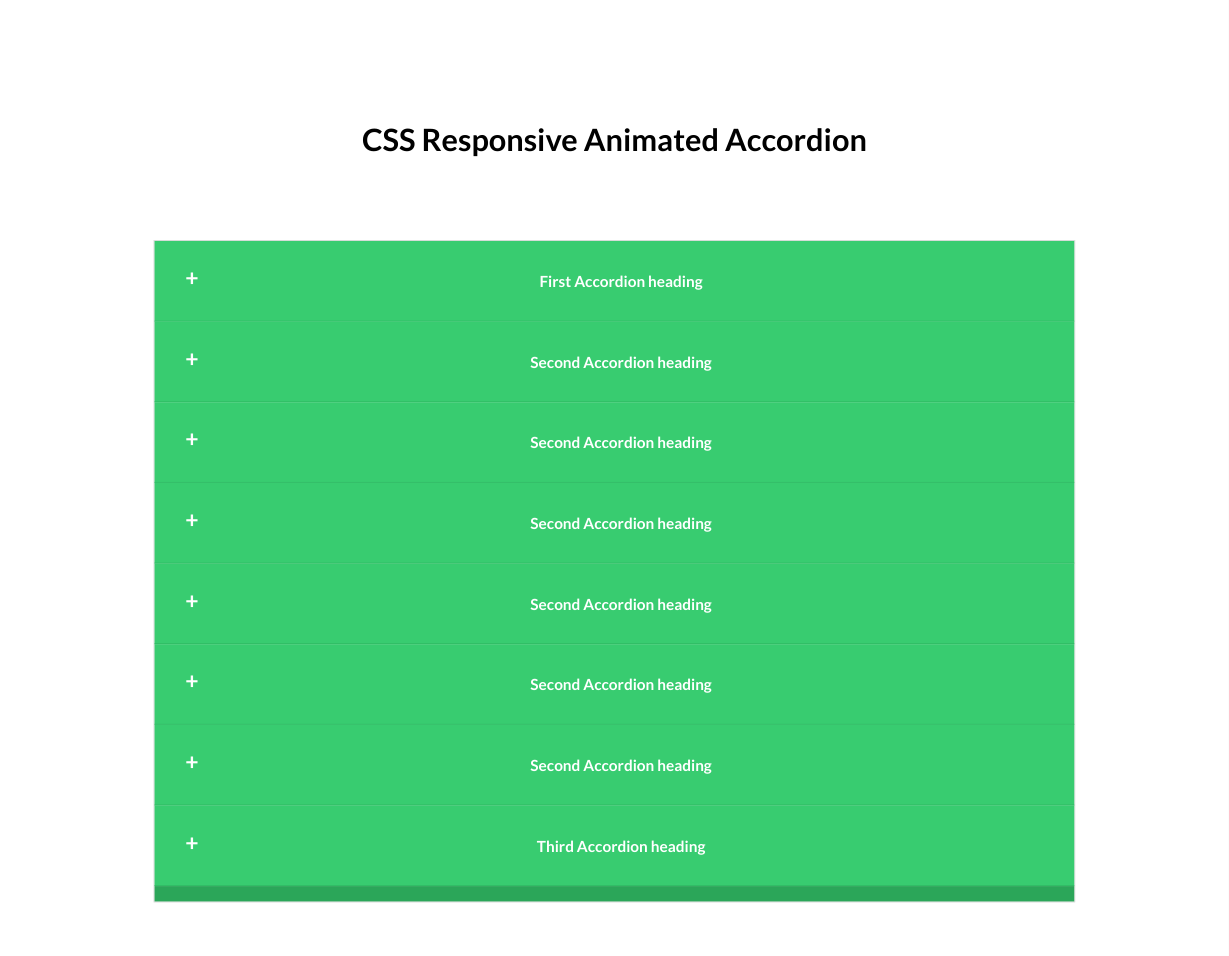
Repository: Imprasna/personalperform
Page: index.html
An editor plug-in stored every save of this project. The page is shown before and after the next save, followed by the edit.
The browser window is 1280 px wide. The pictures show the whole page, at 96% of full size.
The style sheet was rebuilt from its Sass, Less or Tailwind sources for each picture, by a compiler version that may differ from the author's.

Above is the page before, as saved 2021-12-30 22:15:32.

### index.html
<!DOCTYPE html>
<html lang="en">

<head>
    <meta charset="UTF-8">
    <meta http-equiv="X-UA-Compatible" content="IE=edge">
    <meta name="viewport" content="width=device-width, initial-scale=1.0">
    <link rel="stylesheet" href="css/accordion.css">
    <title>Prasanna's Performance Tests</title>
</head>

<body>
    <div class="container">
        <h1 class="heading-primary">CSS Responsive Animated Accordion</h1>
        <div class="accordion">
            <dl>
                <dt>
                    <a href="#accordion1" aria-expanded="false" aria-controls="accordion1"
                        class="accordion-title accordionTitle js-accordionTrigger">First Accordion heading</a>
                </dt>
                <dd class="accordion-content accordionItem is-collapsed" id="accordion1" aria-hidden="true">
                    <p>Lorem ipsum dolor sit amet, consectetur <a href="https://www.google.com">Test</a>adipiscing elit.
                        Morbi eu interdum diam. Donec interdum porttitor risus non bibendum. Maecenas sollicitudin eros
                        in quam imperdiet placerat. Cras justo purus, rhoncus nec lobortis ut, iaculis vel ipsum. Donec
                        dignissim arcu nec elit faucibus condimentum. Donec facilisis consectetur enim sit amet varius.
                        Pellentesque justo dui, sodales quis luctus a, iaculis eget mauris. </p>
                    <p>Aliquam dapibus, ante quis fringilla feugiat, mauris risus condimentum massa, at elementum libero
                        quam ac ligula. Pellentesque at rhoncus dolor. Duis porttitor nibh ut lobortis aliquam. Nullam
                        eu dolor venenatis mauris placerat tristique eget id dolor. Quisque blandit adipiscing erat
                        vitae dapibus. Nulla aliquam magna nec elementum tincidunt.</p>
                </dd>
                <dt>
                    <a href="#accordion2" aria-expanded="false" aria-controls="accordion2"
                        class="accordion-title accordionTitle js-accordionTrigger">
                        Second Accordion heading</a>
                </dt>
                <dd class="accordion-content accordionItem is-collapsed" id="accordion2" aria-hidden="true">
                    <p>Lorem ipsum dolor sit amet, consectetur adipiscing elit. Morbi eu interdum diam. Donec interdum
                        porttitor risus non bibendum. Maecenas sollicitudin eros in quam imperdiet placerat. Cras justo
                        purus, rhoncus nec lobortis ut, iaculis vel ipsum. Donec dignissim arcu nec elit faucibus
                        condimentum. Donec facilisis consectetur enim sit amet varius. Pellentesque justo dui, sodales
                        quis luctus a, iaculis eget mauris. </p>
                    <p>Aliquam dapibus, ante quis fringilla feugiat, mauris risus condimentum massa, at elementum libero
                        quam ac ligula. Pellentesque at rhoncus dolor. Duis porttitor nibh ut lobortis aliquam. Nullam
                        eu dolor venenatis mauris placerat tristique eget id dolor. Quisque blandit adipiscing erat
                        vitae dapibus. Nulla aliquam magna nec elementum tincidunt.</p>
                </dd>
                <dt>
                    <a href="#accordion2" aria-expanded="false" aria-controls="accordion2"
                        class="accordion-title accordionTitle js-accordionTrigger">
                        Second Accordion heading</a>
                </dt>
                <dd class="accordion-content accordionItem is-collapsed" id="accordion2" aria-hidden="true">
                    <p>Lorem ipsum dolor sit amet, consectetur adipiscing elit. Morbi eu interdum diam. Donec interdum
                        porttitor risus non bibendum. Maecenas sollicitudin eros in quam imperdiet placerat. Cras justo
                        purus, rhoncus nec lobortis ut, iaculis vel ipsum. Donec dignissim arcu nec elit faucibus
                        condimentum. Donec facilisis consectetur enim sit amet varius. Pellentesque justo dui, sodales
                        quis luctus a, iaculis eget mauris. </p>
                    <p>Aliquam dapibus, ante quis fringilla feugiat, mauris risus condimentum massa, at elementum libero
                        quam ac ligula. Pellentesque at rhoncus dolor. Duis porttitor nibh ut lobortis aliquam. Nullam
                        eu dolor venenatis mauris placerat tristique eget id dolor. Quisque blandit adipiscing erat
                        vitae dapibus. Nulla aliquam magna nec elementum tincidunt.</p>
                </dd>
                <dt>
                    <a href="#accordion2" aria-expanded="false" aria-controls="accordion2"
                        class="accordion-title accordionTitle js-accordionTrigger">
                        Second Accordion heading</a>
                </dt>
                <dd class="accordion-content accordionItem is-collapsed" id="accordion2" aria-hidden="true">
                    <p>Lorem ipsum dolor sit amet, consectetur adipiscing elit. Morbi eu interdum diam. Donec interdum
                        porttitor risus non bibendum. Maecenas sollicitudin eros in quam imperdiet placerat. Cras justo
                        purus, rhoncus nec lobortis ut, iaculis vel ipsum. Donec dignissim arcu nec elit faucibus
                        condimentum. Donec facilisis consectetur enim sit amet varius. Pellentesque justo dui, sodales
                        quis luctus a, iaculis eget mauris. </p>
                    <p>Aliquam dapibus, ante quis fringilla feugiat, mauris risus condimentum massa, at elementum libero
                        quam ac ligula. Pellentesque at rhoncus dolor. Duis porttitor nibh ut lobortis aliquam. Nullam
                        eu dolor venenatis mauris placerat tristique eget id dolor. Quisque blandit adipiscing erat
                        vitae dapibus. Nulla aliquam magna nec elementum tincidunt.</p>
                </dd>
                <dt>
                    <a href="#accordion2" aria-expanded="false" aria-controls="accordion2"
                        class="accordion-title accordionTitle js-accordionTrigger">
                        Second Accordion heading</a>
                </dt>
                <dd class="accordion-content accordionItem is-collapsed" id="accordion2" aria-hidden="true">
                    <p>Lorem ipsum dolor sit amet, consectetur adipiscing elit. Morbi eu interdum diam. Donec interdum
                        porttitor risus non bibendum. Maecenas sollicitudin eros in quam imperdiet placerat. Cras justo
                        purus, rhoncus nec lobortis ut, iaculis vel ipsum. Donec dignissim arcu nec elit faucibus
                        condimentum. Donec facilisis consectetur enim sit amet varius. Pellentesque justo dui, sodales
                        quis luctus a, iaculis eget mauris. </p>
                    <p>Aliquam dapibus, ante quis fringilla feugiat, mauris risus condimentum massa, at elementum libero
                        quam ac ligula. Pellentesque at rhoncus dolor. Duis porttitor nibh ut lobortis aliquam. Nullam
                        eu dolor venenatis mauris placerat tristique eget id dolor. Quisque blandit adipiscing erat
                        vitae dapibus. Nulla aliquam magna nec elementum tincidunt.</p>
                </dd>
                <dt>
                    <a href="#accordion2" aria-expanded="false" aria-controls="accordion2"
                        class="accordion-title accordionTitle js-accordionTrigger">
                        Second Accordion heading</a>
                </dt>
                <dd class="accordion-content accordionItem is-collapsed" id="accordion2" aria-hidden="true">
                    <p>Lorem ipsum dolor sit amet, consectetur adipiscing elit. Morbi eu interdum diam. Donec interdum
                        porttitor risus non bibendum. Maecenas sollicitudin eros in quam imperdiet placerat. Cras justo
                        purus, rhoncus nec lobortis ut, iaculis vel ipsum. Donec dignissim arcu nec elit faucibus
                        condimentum. Donec facilisis consectetur enim sit amet varius. Pellentesque justo dui, sodales
                        quis luctus a, iaculis eget mauris. </p>
                    <p>Aliquam dapibus, ante quis fringilla feugiat, mauris risus condimentum massa, at elementum libero
                        quam ac ligula. Pellentesque at rhoncus dolor. Duis porttitor nibh ut lobortis aliquam. Nullam
                        eu dolor venenatis mauris placerat tristique eget id dolor. Quisque blandit adipiscing erat
                        vitae dapibus. Nulla aliquam magna nec elementum tincidunt.</p>
                </dd>
                <dt>
                    <a href="#accordion2" aria-expanded="false" aria-controls="accordion2"
                        class="accordion-title accordionTitle js-accordionTrigger">
                        Second Accordion heading</a>
                </dt>
                <dd class="accordion-content accordionItem is-collapsed" id="accordion2" aria-hidden="true">
                    <p>Lorem ipsum dolor sit amet, consectetur adipiscing elit. Morbi eu interdum diam. Donec interdum
                        porttitor risus non bibendum. Maecenas sollicitudin eros in quam imperdiet placerat. Cras justo
                        purus, rhoncus nec lobortis ut, iaculis vel ipsum. Donec dignissim arcu nec elit faucibus
                        condimentum. Donec facilisis consectetur enim sit amet varius. Pellentesque justo dui, sodales
                        quis luctus a, iaculis eget mauris. </p>
                    <p>Aliquam dapibus, ante quis fringilla feugiat, mauris risus condimentum massa, at elementum libero
                        quam ac ligula. Pellentesque at rhoncus dolor. Duis porttitor nibh ut lobortis aliquam. Nullam
                        eu dolor venenatis mauris placerat tristique eget id dolor. Quisque blandit adipiscing erat
                        vitae dapibus. Nulla aliquam magna nec elementum tincidunt.</p>
                </dd>
                <dt>
                    <a href="#accordion3" aria-expanded="false" aria-controls="accordion3"
                        class="accordion-title accordionTitle js-accordionTrigger">
                        Third Accordion heading
                    </a>
                </dt>
                <dd class="accordion-content accordionItem is-collapsed" id="accordion3" aria-hidden="true">
                    <p>Lorem ipsum dolor sit amet, consectetur adipiscing elit. Morbi eu interdum diam. Donec interdum
                        porttitor risus non bibendum. Maecenas sollicitudin eros in quam imperdiet placerat. Cras justo
                        purus, rhoncus nec lobortis ut, iaculis vel ipsum. Donec dignissim arcu nec elit faucibus
                        condimentum. Donec facilisis consectetur enim sit amet varius. Pellentesque justo dui, sodales
                        quis luctus a, iaculis eget mauris. </p>
                    <p>Aliquam dapibus, ante quis fringilla feugiat, mauris risus condimentum massa, at elementum libero
                        quam ac ligula. Pellentesque at rhoncus dolor. Duis porttitor nibh ut lobortis aliquam. Nullam
                        eu dolor venenatis mauris placerat tristique eget id dolor. Quisque blandit adipiscing erat
                        vitae dapibus. Nulla aliquam magna nec elementum tincidunt.</p>
                </dd>
            </dl>
        </div>
    </div>

    <script src="app.js"></script>
</body>

</html>

### app.js
//uses classList, setAttribute, and querySelectorAll
//if you want this to work in IE8/9 youll need to polyfill these
(function(){
	var d = document,
	accordionToggles = d.querySelectorAll('.js-accordionTrigger'),
	setAria,
	setAccordionAria,
	switchAccordion,
  touchSupported = ('ontouchstart' in window),
  pointerSupported = ('pointerdown' in window);

  skipClickDelay = function(e){
    e.preventDefault();
    e.target.click();
  }

		setAriaAttr = function(el, ariaType, newProperty){
		el.setAttribute(ariaType, newProperty);
	};
	setAccordionAria = function(el1, el2, expanded){
		switch(expanded) {
      case "true":
      	setAriaAttr(el1, 'aria-expanded', 'true');
      	setAriaAttr(el2, 'aria-hidden', 'false');
      	break;
      case "false":
      	setAriaAttr(el1, 'aria-expanded', 'false');
      	setAriaAttr(el2, 'aria-hidden', 'true');
      	break;
      default:
				break;
		}
	};
//function
switchAccordion = function(e) {
  console.log("triggered");
	e.preventDefault();
	var thisAnswer = e.target.parentNode.nextElementSibling;
	var thisQuestion = e.target;
	if(thisAnswer.classList.contains('is-collapsed')) {
		setAccordionAria(thisQuestion, thisAnswer, 'true');
	} else {
		setAccordionAria(thisQuestion, thisAnswer, 'false');
	}
  	thisQuestion.classList.toggle('is-collapsed');
  	thisQuestion.classList.toggle('is-expanded');
		thisAnswer.classList.toggle('is-collapsed');
		thisAnswer.classList.toggle('is-expanded');

  	thisAnswer.classList.toggle('animateIn');
	};
	for (var i=0,len=accordionToggles.length; i<len; i++) {
		if(touchSupported) {
      accordionToggles[i].addEventListener('touchstart', skipClickDelay, false);
    }
    if(pointerSupported){
      accordionToggles[i].addEventListener('pointerdown', skipClickDelay, false);
    }
    accordionToggles[i].addEventListener('click', switchAccordion, false);
  }
})();

### accordion.scss

//updated ver
* {
    box-sizing:border-box;
  }
  @import url(https://fonts.googleapis.com/css?family=Lato:400,700);
  body {

    font-family:'Lato';
  }
  .heading-primary {
    font-size:2em;
    padding:2em;
    text-align:center;
  }
  .accordion dl,
  .accordion-list {
     border:1px solid #ddd;
     &:after {
         content: "";
         display:block;
         height:1em;
         width:100%;
         background-color:darken(#38cc70, 10%);
       }
  }
  .accordion dd,
  .accordion__panel {
     background-color:#eee;
     font-size:1em;
     line-height:1.5em;
  }
  .accordion p {
    padding:1em 2em 1em 2em;
  }

  .accordion {
      position:relative;
      background-color:#eee;
  }
  .container {
    max-width:960px;
    margin:0 auto;
    padding:2em 0 2em 0;
  }
  .accordionTitle,
  .accordion__Heading {
   background-color:#38cc70;
     text-align:center;
       font-weight:700;
            padding:2em;
            display:block;
            text-decoration:none;
            color:#fff;
            transition:background-color 0.5s ease-in-out;
    border-bottom:1px solid darken(#38cc70, 5%);
    &:before {
     content: "+";
     font-size:1.5em;
     line-height:0.5em;
     float:left;
     transition: transform 0.3s ease-in-out;
    }
    &:hover {
      background-color:darken(#38cc70, 10%);
    }
  }
  .accordionTitleActive,
  .accordionTitle.is-expanded {
     background-color:darken(#38cc70, 10%);
      &:before {

        transform:rotate(-225deg);
      }
  }
  .accordionItem {
      height:auto;
      overflow:hidden;
      //SHAME: magic number to allow the accordion to animate

       max-height:50em;
      transition:max-height 1s;


      @media screen and (min-width:48em) {
           max-height:15em;
          transition:max-height 0.5s

      }


  }

  .accordionItem.is-collapsed {
      max-height:0;
  }
  .no-js .accordionItem.is-collapsed {
    max-height: auto;
  }
  .animateIn {
       animation: accordionIn 0.45s normal ease-in-out both 1;
  }
  .animateOut {
       animation: accordionOut 0.45s alternate ease-in-out both 1;
  }
  @keyframes accordionIn {
    0% {
      opacity: 0;
      transform:scale(0.9) rotateX(-60deg);
      transform-origin: 50% 0;
    }
    100% {
      opacity:1;
      transform:scale(1);
    }
  }

  @keyframes accordionOut {
      0% {
         opacity: 1;
         transform:scale(1);
       }
       100% {
            opacity:0;
             transform:scale(0.9) rotateX(-60deg);
         }
  }

After the next save:
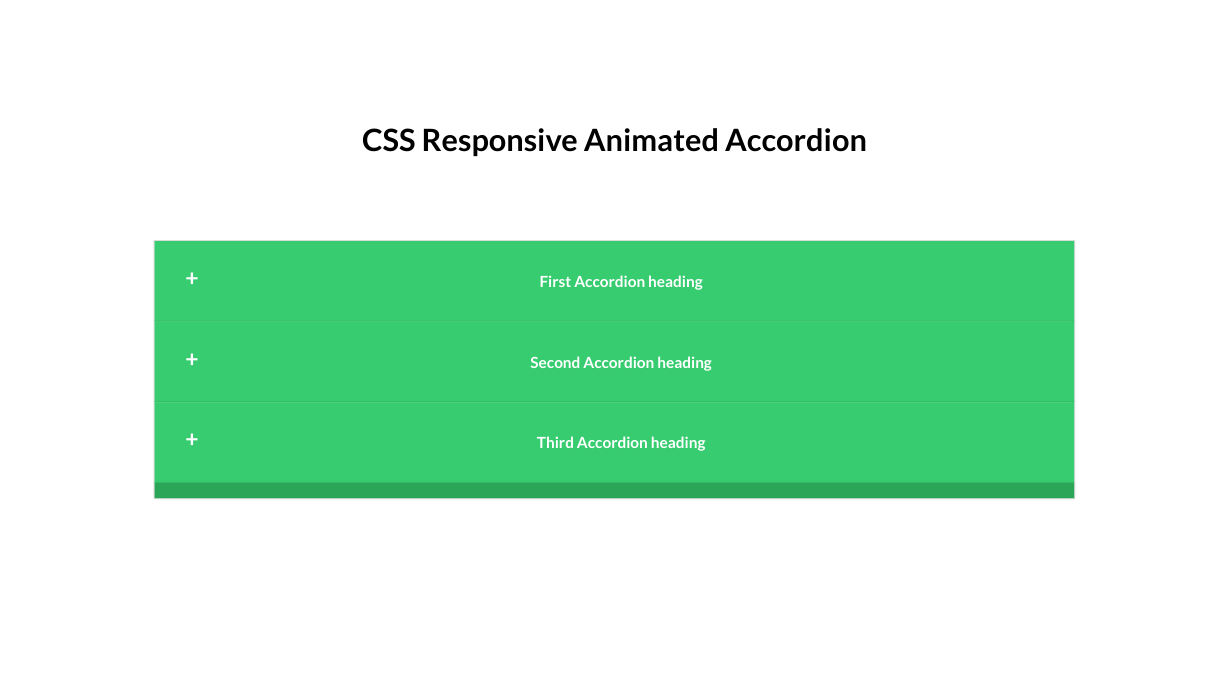
Saved 4 s later.
--- a/index.html
+++ b/index.html
@@ -45,86 +45,7 @@
                         eu dolor venenatis mauris placerat tristique eget id dolor. Quisque blandit adipiscing erat
                         vitae dapibus. Nulla aliquam magna nec elementum tincidunt.</p>
                 </dd>
-                <dt>
-                    <a href="#accordion2" aria-expanded="false" aria-controls="accordion2"
-                        class="accordion-title accordionTitle js-accordionTrigger">
-                        Second Accordion heading</a>
-                </dt>
-                <dd class="accordion-content accordionItem is-collapsed" id="accordion2" aria-hidden="true">
-                    <p>Lorem ipsum dolor sit amet, consectetur adipiscing elit. Morbi eu interdum diam. Donec interdum
-                        porttitor risus non bibendum. Maecenas sollicitudin eros in quam imperdiet placerat. Cras justo
-                        purus, rhoncus nec lobortis ut, iaculis vel ipsum. Donec dignissim arcu nec elit faucibus
-                        condimentum. Donec facilisis consectetur enim sit amet varius. Pellentesque justo dui, sodales
-                        quis luctus a, iaculis eget mauris. </p>
-                    <p>Aliquam dapibus, ante quis fringilla feugiat, mauris risus condimentum massa, at elementum libero
-                        quam ac ligula. Pellentesque at rhoncus dolor. Duis porttitor nibh ut lobortis aliquam. Nullam
-                        eu dolor venenatis mauris placerat tristique eget id dolor. Quisque blandit adipiscing erat
-                        vitae dapibus. Nulla aliquam magna nec elementum tincidunt.</p>
-                </dd>
-                <dt>
-                    <a href="#accordion2" aria-expanded="false" aria-controls="accordion2"
-                        class="accordion-title accordionTitle js-accordionTrigger">
-                        Second Accordion heading</a>
-                </dt>
-                <dd class="accordion-content accordionItem is-collapsed" id="accordion2" aria-hidden="true">
-                    <p>Lorem ipsum dolor sit amet, consectetur adipiscing elit. Morbi eu interdum diam. Donec interdum
-                        porttitor risus non bibendum. Maecenas sollicitudin eros in quam imperdiet placerat. Cras justo
-                        purus, rhoncus nec lobortis ut, iaculis vel ipsum. Donec dignissim arcu nec elit faucibus
-                        condimentum. Donec facilisis consectetur enim sit amet varius. Pellentesque justo dui, sodales
-                        quis luctus a, iaculis eget mauris. </p>
-                    <p>Aliquam dapibus, ante quis fringilla feugiat, mauris risus condimentum massa, at elementum libero
-                        quam ac ligula. Pellentesque at rhoncus dolor. Duis porttitor nibh ut lobortis aliquam. Nullam
-                        eu dolor venenatis mauris placerat tristique eget id dolor. Quisque blandit adipiscing erat
-                        vitae dapibus. Nulla aliquam magna nec elementum tincidunt.</p>
-                </dd>
-                <dt>
-                    <a href="#accordion2" aria-expanded="false" aria-controls="accordion2"
-                        class="accordion-title accordionTitle js-accordionTrigger">
-                        Second Accordion heading</a>
-                </dt>
-                <dd class="accordion-content accordionItem is-collapsed" id="accordion2" aria-hidden="true">
-                    <p>Lorem ipsum dolor sit amet, consectetur adipiscing elit. Morbi eu interdum diam. Donec interdum
-                        porttitor risus non bibendum. Maecenas sollicitudin eros in quam imperdiet placerat. Cras justo
-                        purus, rhoncus nec lobortis ut, iaculis vel ipsum. Donec dignissim arcu nec elit faucibus
-                        condimentum. Donec facilisis consectetur enim sit amet varius. Pellentesque justo dui, sodales
-                        quis luctus a, iaculis eget mauris. </p>
-                    <p>Aliquam dapibus, ante quis fringilla feugiat, mauris risus condimentum massa, at elementum libero
-                        quam ac ligula. Pellentesque at rhoncus dolor. Duis porttitor nibh ut lobortis aliquam. Nullam
-                        eu dolor venenatis mauris placerat tristique eget id dolor. Quisque blandit adipiscing erat
-                        vitae dapibus. Nulla aliquam magna nec elementum tincidunt.</p>
-                </dd>
-                <dt>
-                    <a href="#accordion2" aria-expanded="false" aria-controls="accordion2"
-                        class="accordion-title accordionTitle js-accordionTrigger">
-                        Second Accordion heading</a>
-                </dt>
-                <dd class="accordion-content accordionItem is-collapsed" id="accordion2" aria-hidden="true">
-                    <p>Lorem ipsum dolor sit amet, consectetur adipiscing elit. Morbi eu interdum diam. Donec interdum
-                        porttitor risus non bibendum. Maecenas sollicitudin eros in quam imperdiet placerat. Cras justo
-                        purus, rhoncus nec lobortis ut, iaculis vel ipsum. Donec dignissim arcu nec elit faucibus
-                        condimentum. Donec facilisis consectetur enim sit amet varius. Pellentesque justo dui, sodales
-                        quis luctus a, iaculis eget mauris. </p>
-                    <p>Aliquam dapibus, ante quis fringilla feugiat, mauris risus condimentum massa, at elementum libero
-                        quam ac ligula. Pellentesque at rhoncus dolor. Duis porttitor nibh ut lobortis aliquam. Nullam
-                        eu dolor venenatis mauris placerat tristique eget id dolor. Quisque blandit adipiscing erat
-                        vitae dapibus. Nulla aliquam magna nec elementum tincidunt.</p>
-                </dd>
-                <dt>
-                    <a href="#accordion2" aria-expanded="false" aria-controls="accordion2"
-                        class="accordion-title accordionTitle js-accordionTrigger">
-                        Second Accordion heading</a>
-                </dt>
-                <dd class="accordion-content accordionItem is-collapsed" id="accordion2" aria-hidden="true">
-                    <p>Lorem ipsum dolor sit amet, consectetur adipiscing elit. Morbi eu interdum diam. Donec interdum
-                        porttitor risus non bibendum. Maecenas sollicitudin eros in quam imperdiet placerat. Cras justo
-                        purus, rhoncus nec lobortis ut, iaculis vel ipsum. Donec dignissim arcu nec elit faucibus
-                        condimentum. Donec facilisis consectetur enim sit amet varius. Pellentesque justo dui, sodales
-                        quis luctus a, iaculis eget mauris. </p>
-                    <p>Aliquam dapibus, ante quis fringilla feugiat, mauris risus condimentum massa, at elementum libero
-                        quam ac ligula. Pellentesque at rhoncus dolor. Duis porttitor nibh ut lobortis aliquam. Nullam
-                        eu dolor venenatis mauris placerat tristique eget id dolor. Quisque blandit adipiscing erat
-                        vitae dapibus. Nulla aliquam magna nec elementum tincidunt.</p>
-                </dd>
+
                 <dt>
                     <a href="#accordion3" aria-expanded="false" aria-controls="accordion3"
                         class="accordion-title accordionTitle js-accordionTrigger">
